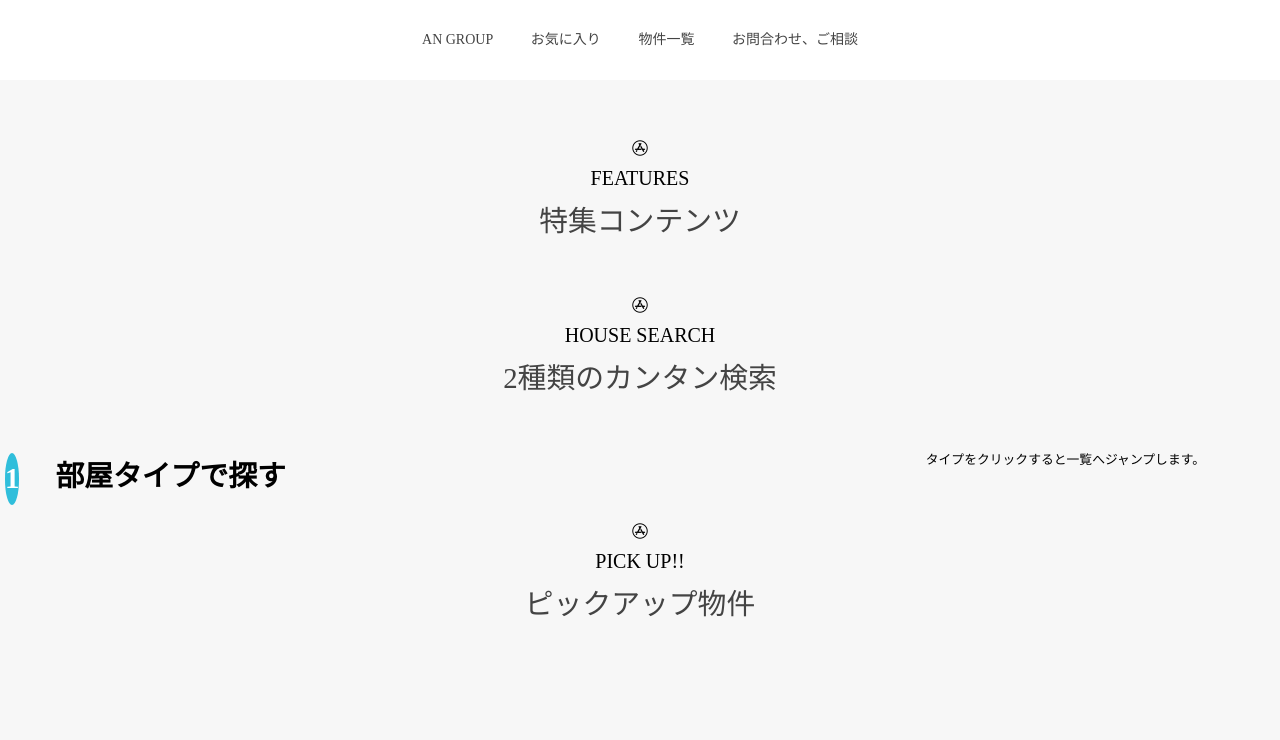
Repository: ninhdavid/real-estate
Page: index.html
An editor plug-in stored every save of this project. The page is shown before and after a run of saves, followed by the edit.
The browser window is 1280 px wide. The pictures show the whole page.
Some web libraries are served in a nearby version. The style sheet was rebuilt from its Sass, Less or Tailwind sources for each picture, by a compiler version that may differ from the author's.

Above is the page before, as saved 2022-05-10 21:17:49.

After the next 2 saves:
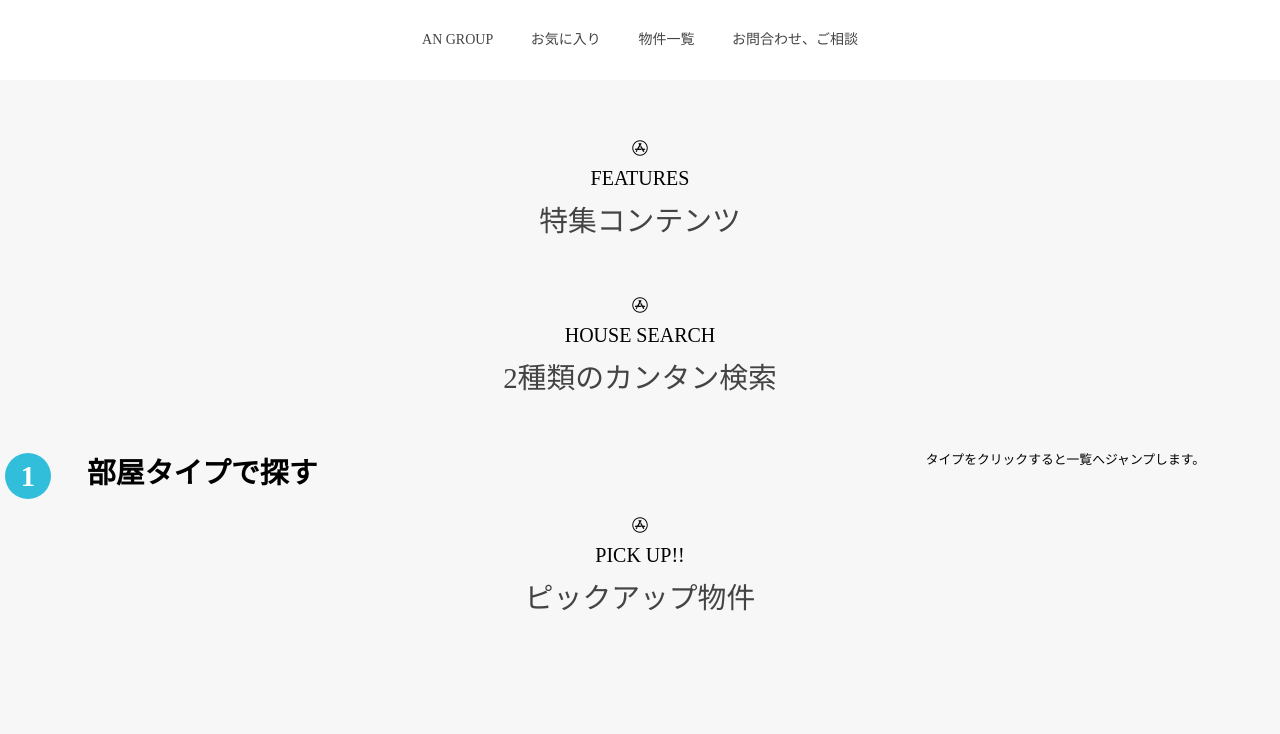
The 2 saves are shown as one change because they came seconds apart.
The last was saved 9 s later.
--- a/css/main.scss
+++ b/css/main.scss
@@ -96,8 +96,8 @@
     font-size: 1.8em;
 }
 .title-area>h3>span{
-    // width: 1.8em;
-    line-height: 1.8em;
+    width: 1.6em;
+    line-height: 1.6em;
     background-color: #30bedb;
     color: #fff;
     display:inline-block;
